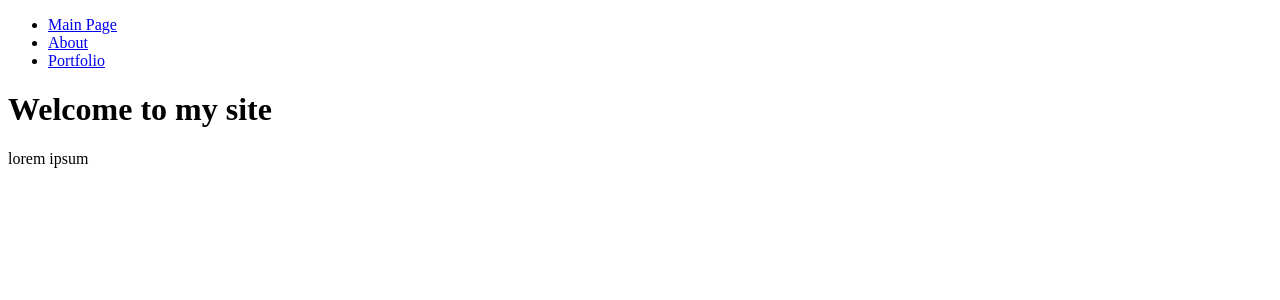
Repository: MelindaN14/My-Personal-Website
Page: index.html
An editor plug-in stored every save of this project. The page is shown before and after the next save, followed by the edit.
The browser window is 1280 px wide. The pictures show the whole page.

Above is the page before, as saved 2024-03-18 20:48:39.

After the next save:
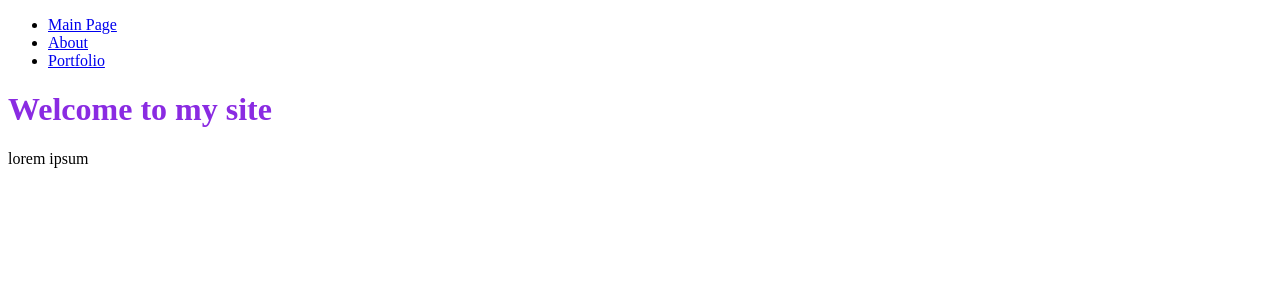
Saved 7 s later.
--- a/style.css
+++ b/style.css
@@ -1,3 +1,3 @@
 h1 {
-    color:
+    color:blueviolet
 }
